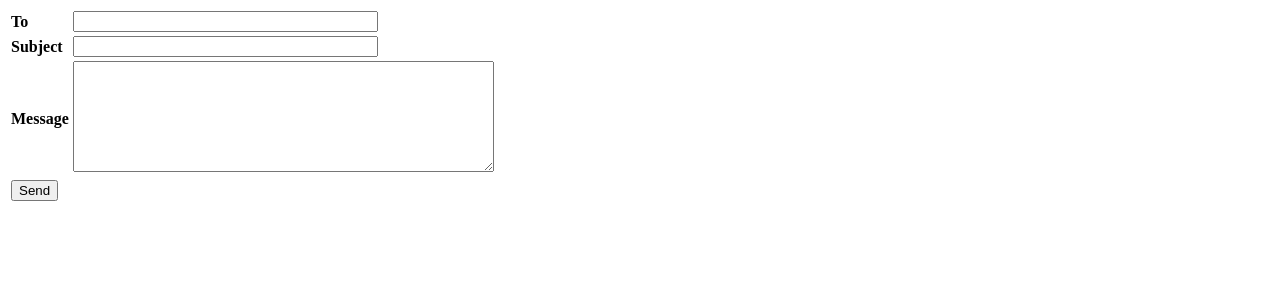
Repository: Jasonlee6789/Cafe
Page: mail.html
An editor plug-in stored every save of this project. The page is shown before and after the next save, followed by the edit.
The browser window is 1280 px wide. The pictures show the whole page.

Above is the page before, as saved 2021-02-21 11:04:33.

After the next save:
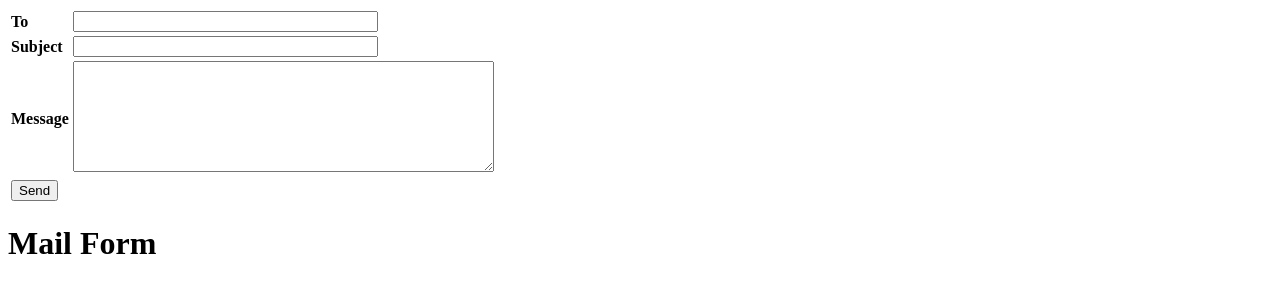
Saved 62 s later.
--- a/mail.html
+++ b/mail.html
@@ -27,6 +27,6 @@
         </table>
         </form>
 
-
+        <h1>Mail Form</h1>
 </body>
 </html>
